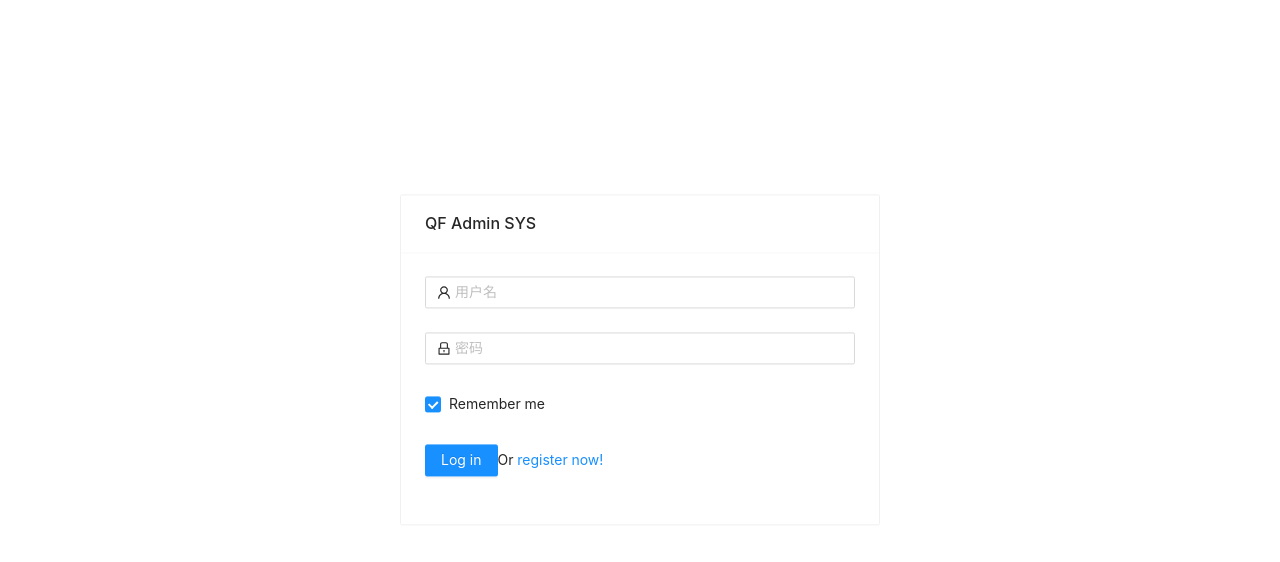
Repository: 13982720426/demo01
Page: /#/login
The author's editor kept a copy of each file at every save. The page is drawn from the files as they stood at one save, then again after the next save.
The browser window is 1280 px wide. The pictures show the whole page.
The project was rebuilt for these pictures with package versions that can differ from the ones it lists, and the page was loaded fresh each time. Also part of the build but not shown: src/pages/admin/dashboard/Index.js, src/pages/admin/products/List.js, src/pages/admin/products/Edit.js, src/pages/PageNotFound.js, src/components/Frame/Index.js, src/App.js.

Above is the page before, as saved 2021-04-04 21:33:52.

### src/index.js
import React from 'react'
import ReactDOM from 'react-dom'
import './index.css'
import App from './App'
import 'antd/dist/antd.css'
import { HashRouter as Router, Switch, Route, Redirect } from 'react-router-dom'
import { mainRoutes } from './routes'

ReactDOM.render(
  <Router>
    <Switch>
      <Route path="/admin" render={(routeProps) => <App {...routeProps} />} />
      {mainRoutes.map((route) => {
        return <Route key={route.path} {...route} />
      })}
      <Redirect to="/admin" from="/" />

      <Redirect to="/404" />
    </Switch>
  </Router>,
  document.getElementById('root')
)

### src/routes/index.js
import Login from '../pages/Login'
import Index from '../pages/admin/dashboard/Index'
import List from '../pages/admin/products/List'
import Edit from '../pages/admin/products/Edit'
import PageNotFound from '../pages/PageNotFound'

export const mainRoutes = [
  {
    path: '/login',
    component: Login,
  },
  {
    path: '/404',
    component: PageNotFound,
  },
]

export const adminRoutes = [
  {
    path: '/admin/dashboard',
    component: Index,
    isShow: true,
    title: '看板',
  },
  {
    path: '/admin/products',
    component: List,
    isShow: true,
    exact: true,
    title: '商品管理',
  },
  {
    path: '/admin/products/edit/:id?',
    component: Edit,
    isShow: false,
  },
]

### src/App.css
html,body,#root,
.ant-layout{
    width: 100%;
    height: 100%;
}

### src/pages/Login.js
import React from 'react'
import { Form, Input, Button, Checkbox, Card } from 'antd'
import { UserOutlined, LockOutlined } from '@ant-design/icons'
import './Login.css'

function Login(props) {
  const onFinish = (values) => {
    console.log('Received values of form: ', values)
  }
  return (
    <Card title="QF Admin SYS" className="login-form">
      <Form
        name="normal_login"
        initialValues={{
          remember: true,
        }}
        onFinish={onFinish}
      >
        <Form.Item
          name="username"
          rules={[
            {
              required: true,
              message: '请输入用户名!',
            },
          ]}
        >
          <Input
            prefix={<UserOutlined className="site-form-item-icon" />}
            placeholder="用户名"
          />
        </Form.Item>
        <Form.Item
          name="password"
          rules={[
            {
              required: true,
              message: '请输入密码!',
            },
          ]}
        >
          <Input
            prefix={<LockOutlined className="site-form-item-icon" />}
            type="password"
            placeholder="密码"
          />
        </Form.Item>
        <Form.Item>
          <Form.Item name="remember" valuePropName="checked" noStyle>
            <Checkbox>Remember me</Checkbox>
          </Form.Item>
        </Form.Item>

        <Form.Item>
          <Button
            type="primary"
            htmlType="submit"
            className="login-form-button"
          >
            Log in
          </Button>
          Or <a href="">register now!</a>
        </Form.Item>
      </Form>
    </Card>
  )
}

export default Login

### src/pages/Login.css
.login-form{
    width: 480px;
    position: relative;
    left: 50%;
    top: 50%;
    transform: translate3d(-50%,-50%,0);
}

Loaded but not shown: public/index.html (common file); src/index.css (common file)

After the next save:
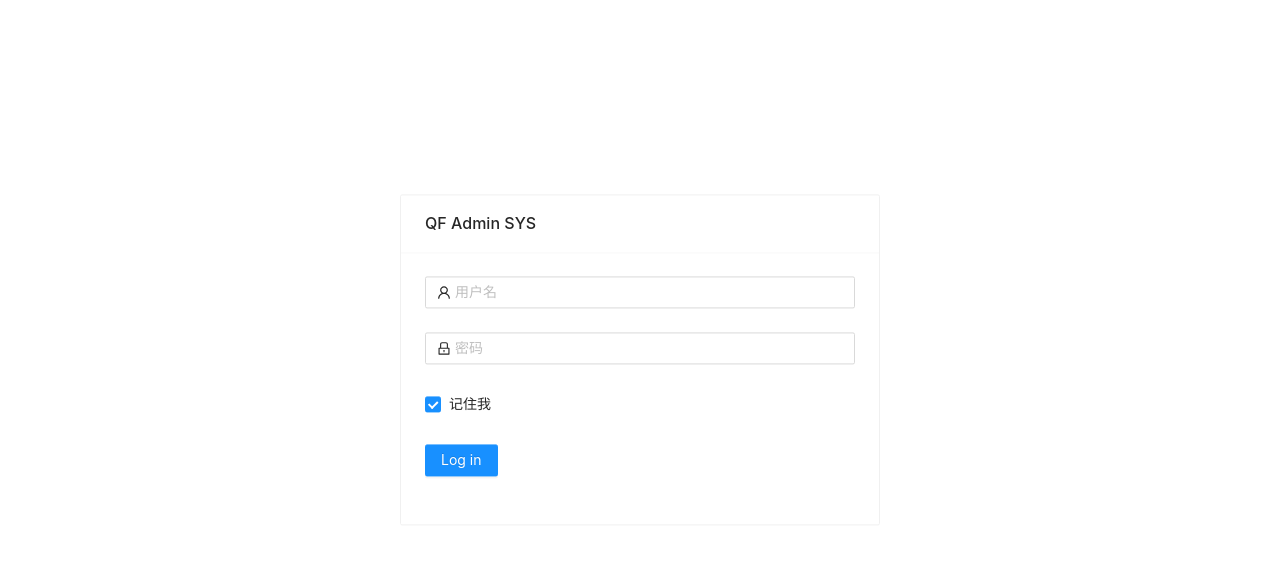
Saved 9 s later.
--- a/src/pages/Login.js
+++ b/src/pages/Login.js
@@ -47,7 +47,7 @@ function Login(props) {
         </Form.Item>
         <Form.Item>
           <Form.Item name="remember" valuePropName="checked" noStyle>
-            <Checkbox>Remember me</Checkbox>
+            <Checkbox>记住我</Checkbox>
           </Form.Item>
         </Form.Item>
 
@@ -59,7 +59,6 @@ function Login(props) {
           >
             Log in
           </Button>
-          Or <a href="">register now!</a>
         </Form.Item>
       </Form>
     </Card>
